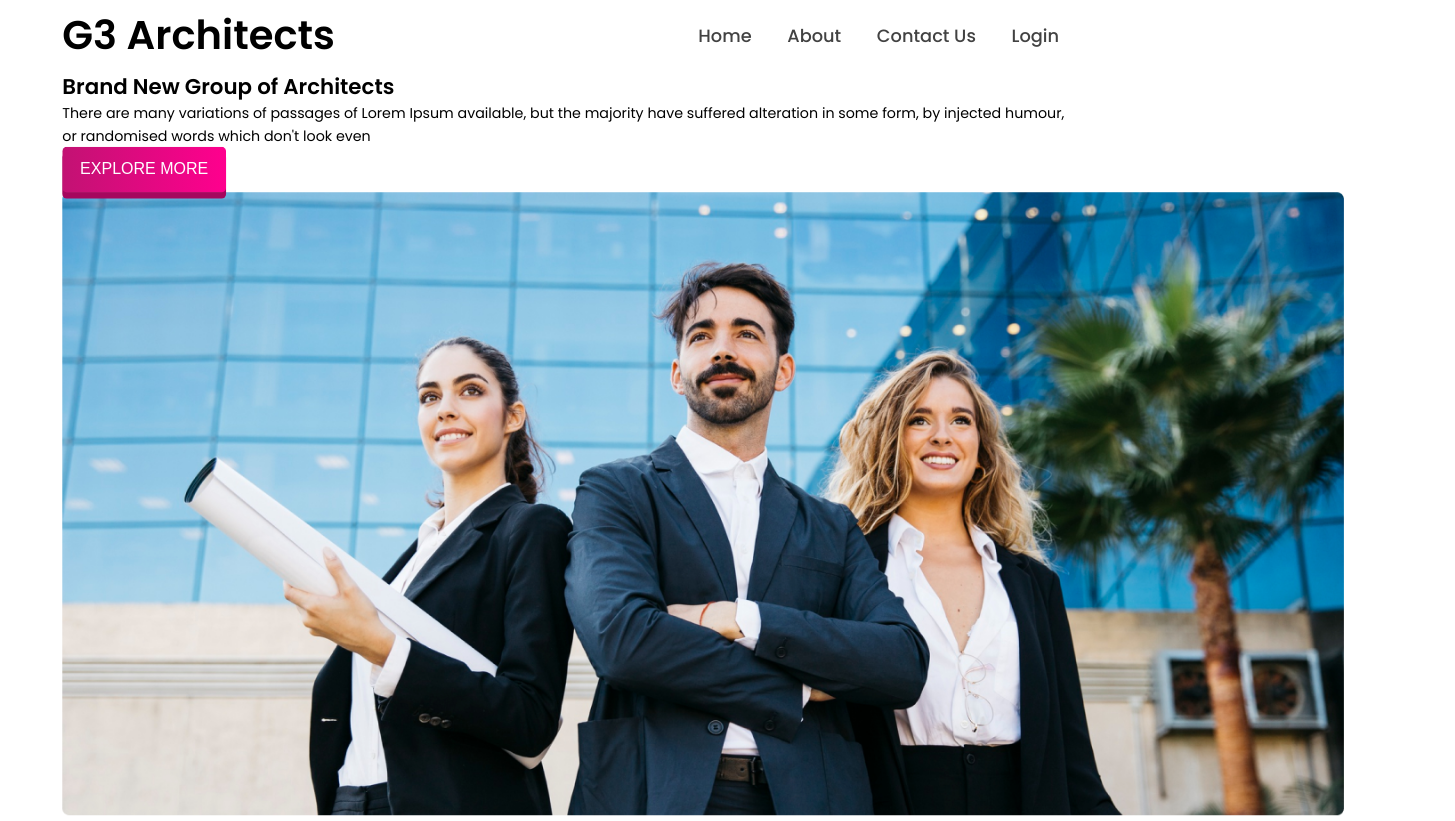
Repository: mdrubel02/G3_Architects
Page: index.html
The author's editor kept a copy of each file at every save. The page is drawn from the files as they stood at one save, then again after the next save.
The browser window is 1280 px wide. The page is 1510 px wide, then 1635 px, then 1510 px, so the pictures cover 1635 px, including what lies to the right of the window. The pictures show the whole page, at 89% of full size.

Above is the page before, as saved 2023-01-14 22:57:24.

After the next save:
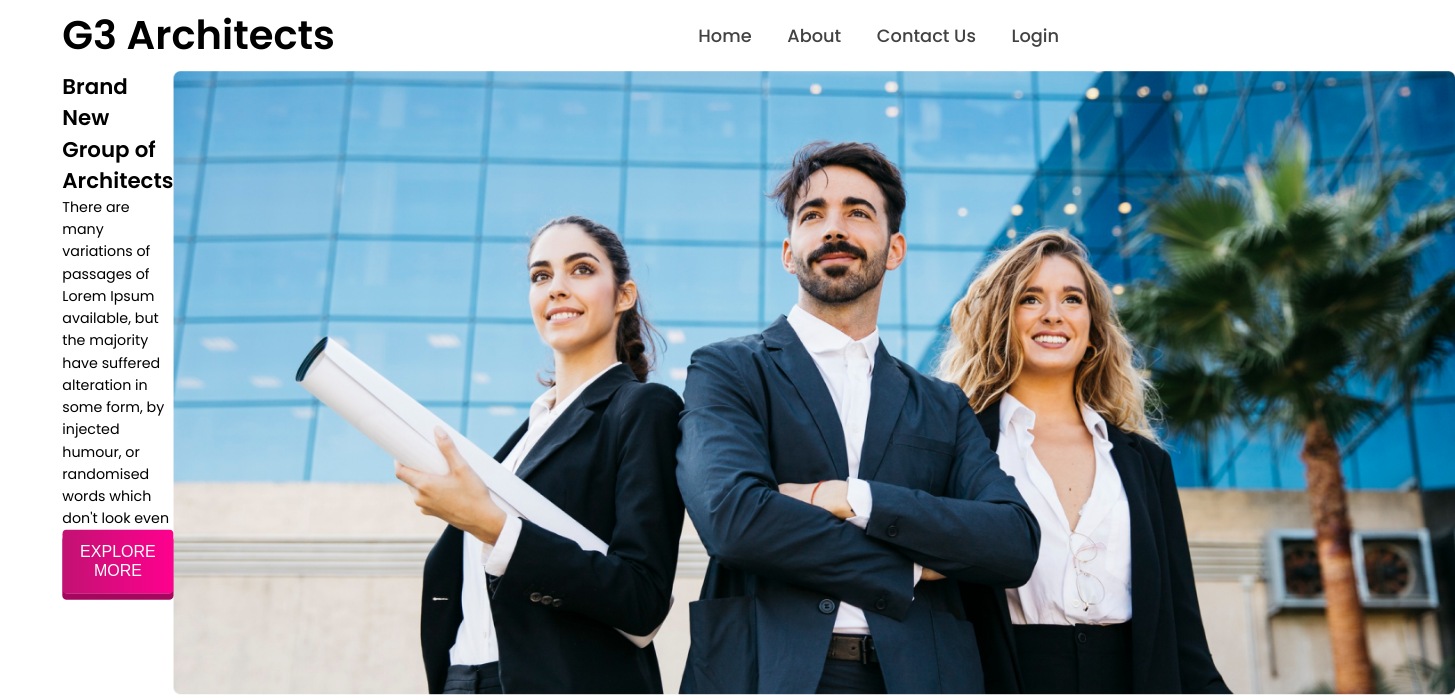
Saved 75 s later.
--- a/style.css
+++ b/style.css
@@ -91,3 +91,7 @@
     font-weight: 700;
     /* text-align: center; */
 }
+/* <=============== banner section style ===============> */
+.banner_section{
+    display: flex;
+}

After the save that followed:
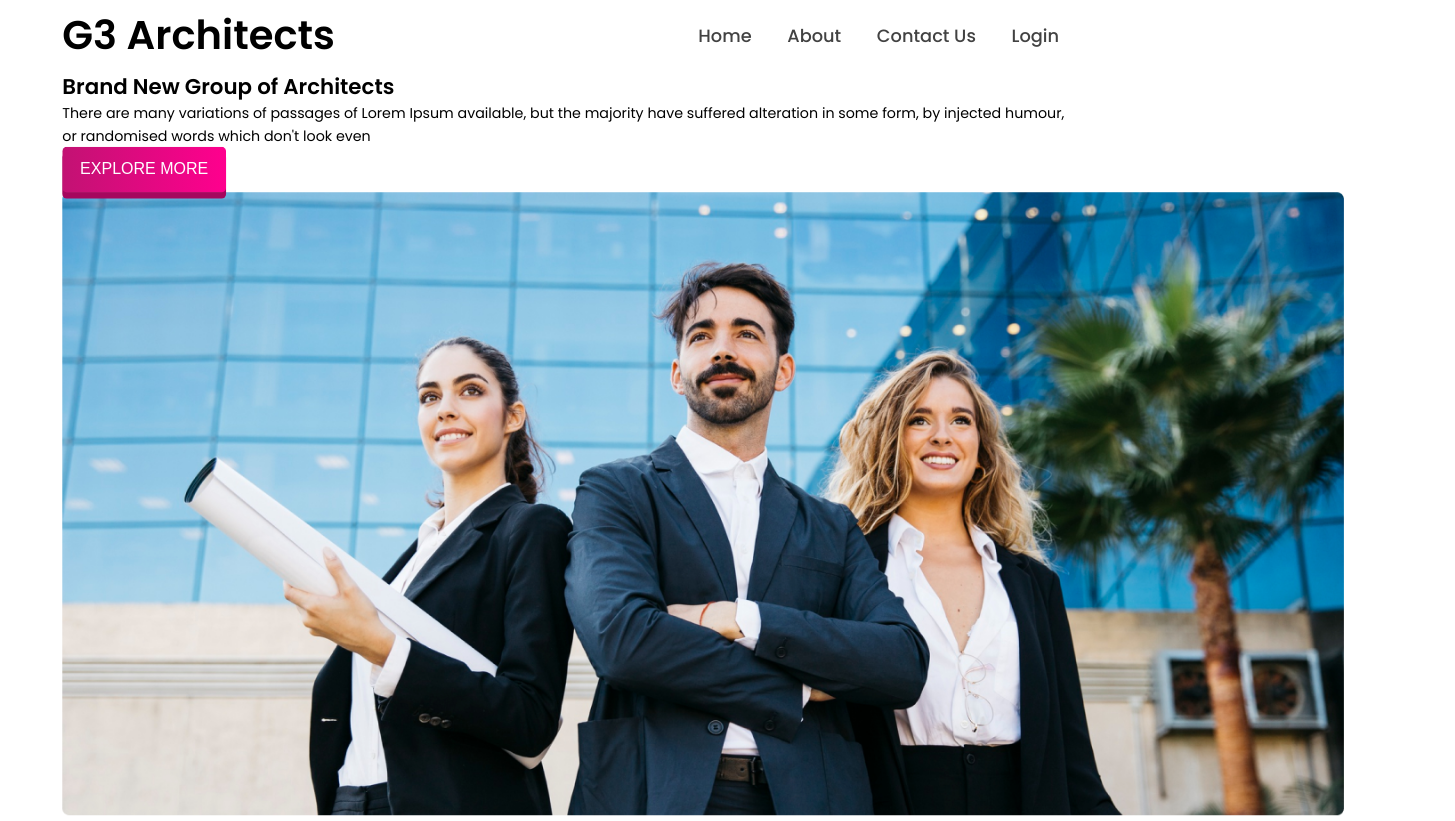
Saved 23 s later.
--- a/style.css
+++ b/style.css
@@ -94,4 +94,5 @@
 /* <=============== banner section style ===============> */
 .banner_section{
     display: flex;
+    flex-direction: column;
 }
